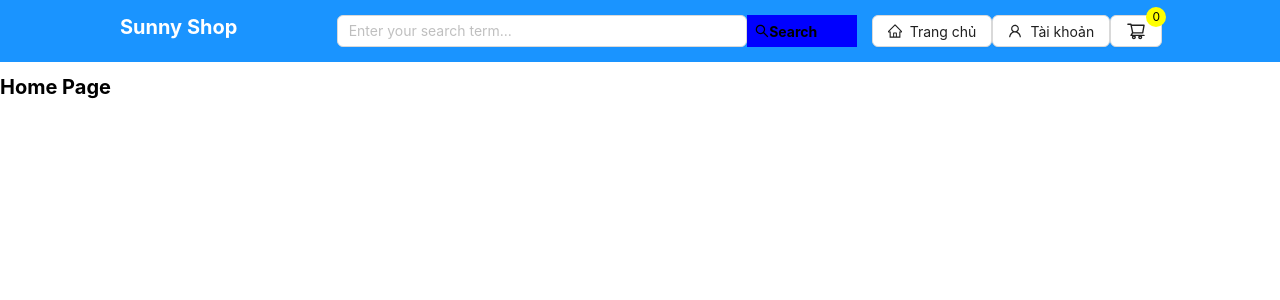
Repository: manhhieu120499/E-Commerce
Page: /
An editor plug-in stored every save of this project. The page is shown before and after the next save, followed by the edit.
The browser window is 1280 px wide. The pictures show the whole page.
The project was rebuilt for these pictures with package versions that can differ from the ones it lists, and the page was loaded fresh each time. Also part of the build but not shown: src/pages/product/Product.js, src/pages/order/Order.js, src/pages/notFound/NotFound.js, src/layouts/NormalLayout/NormalLayout.js.

Above is the page before, as saved 2025-01-01 12:16:09.

### src/index.js
import React from "react";
import ReactDOM from "react-dom/client";
import App from "./App";
import reportWebVitals from "./reportWebVitals";
import GlobalStyle from "./GlobalStyles";
import { Provider } from "react-redux";
import store from "./redux/store";

const root = ReactDOM.createRoot(document.getElementById("root"));
root.render(
  <React.StrictMode>
    <Provider store={store}>
      <GlobalStyle>
        <App />
      </GlobalStyle>
    </Provider>
  </React.StrictMode>
);

// If you want to start measuring performance in your app, pass a function
// to log results (for example: reportWebVitals(console.log))
// or send to an analytics endpoint. Learn more: https://bit.ly/CRA-vitals
reportWebVitals();

### src/App.js
import React from "react";
import { BrowserRouter as Router, Route, Routes } from "react-router-dom";
import { publicRoute } from "./route";
function App() {
  return (
    <div className="App">
      <Router>
        <Routes>
          {publicRoute.map((route) => {
            const Page = route.component;
            const Layout = route.layout;
            return (
              <Route
                key={route.path}
                path={route.path}
                element={
                  <Layout>
                    <Page />
                  </Layout>
                }
              />
            );
          })}
        </Routes>
      </Router>
    </div>
  );
}

export default App;

### src/redux/store.js
import { configureStore } from "@reduxjs/toolkit";
import productSlice from "./slices/productSlice";

const store = configureStore({
    reducer: {
        product: productSlice
    }
})

export default store;

### src/route/index.js
import { Home, Product, Order, NotFound } from "../pages";
import { DefaultLayout, NormalLayout } from "../layouts";

const publicRoute = [
  {
    path: "/",
    component: Home,
    layout: DefaultLayout,
  },
  {
    path: "/product",
    component: Product,
    layout: DefaultLayout,
  },
  {
    path: "/order",
    component: Order,
    layout: DefaultLayout,
  },
  {
    path: "*",
    component: NotFound,
    layout: NormalLayout,
  },
];

const privateRoute = [];

export { publicRoute, privateRoute };

### src/GlobalStyles/GlobalStyles.js
import "./css/GlobalStyles.css";
export default function GlobalStyle({ children }) {
    return (
        <div className="wrapper">
            { children }
        </div>
    )
}

### src/redux/slices/productSlice.js
import { createSlice } from "@reduxjs/toolkit";

// const initialState = {
//     products: [],
// }

// export const productSlice = createSlice({
//     name: 'productSlice',
//     initialState,
//     reducers:{
//         setProduct: (state, action) => {
//             return {...state}
//         }
//     }
// })

const initialState = {
    value: 0
}

const productSlice = createSlice({
    name: 'productSlice',
    initialState,
    reducers: {
        increase: (state, action) => {
            return {...state, value: state.value + 1}
        },
        decrease: (state, action) => {
            return {...state, value: state.value - 1}
        }
    }
})

export const { increase, decrease } = productSlice.actions;

export default productSlice.reducer;

### src/pages/index.js
import Home from "./home";
import Product from "./product";
import Order from "./order";
import NotFound from "./notFound";

export { Home, Product, Order, NotFound };

### src/layouts/index.js
import DefaultLayout from "./DefaultLayout";
import NormalLayout from "./NormalLayout";

export { DefaultLayout, NormalLayout };

### src/GlobalStyles/css/GlobalStyles.css
/* @import "antd/dist/antd.css"; */
body {
  margin: 0;
  font-family: -apple-system, BlinkMacSystemFont, 'Segoe UI', 'Roboto', 'Oxygen',
    'Ubuntu', 'Cantarell', 'Fira Sans', 'Droid Sans', 'Helvetica Neue',
    sans-serif;
  -webkit-font-smoothing: antialiased;
  -moz-osx-font-smoothing: grayscale;
  box-sizing: border-box;
  padding: 0;
}

html {
  font-size: 62.5%;
}

.wrapper {
  max-width: 100vw;
  margin: 0 auto;
}

### src/pages/product/index.js
export { default } from './Product'

### src/layouts/NormalLayout/index.js
export { default } from "./NormalLayout";

### src/pages/home/Home.js
export default function Home({children}) {
    return (
        <h1>Home Page</h1>
    )
}

### src/layouts/DefaultLayout/DefaultLayout.js
import { Header } from "../../components";

export default function DefaultLayout({ children }) {
  return (
    <div className="wrapper">
      <Header />
      {children}
    </div>
  );
}

### src/components/index.js
import Header from "./Header";
import ButtonInputSearch from "./ButtonInputSearch";
export { Header, ButtonInputSearch };

### src/components/ButtonInputSearch/index.js
export { default } from "./ButtonInputSearch";

### src/components/Header/Header.js
import { Button, Col, Input, Row } from "antd";
import {
  ShoppingCartText,
  WrapperRow,
  WrapperShoppingCart,
  WrapperShoppingCartText,
  WrapperSpan,
} from "./HeaderStyle";
import Search from "antd/es/transfer/search";
import {
  HomeOutlined,
  ShoppingCartOutlined,
  UserOutlined,
} from "@ant-design/icons";
import ButtonInputSearch from "../ButtonInputSearch";

export default function Header({ children }) {
  return (
    <div>
      <WrapperRow>
        <Col span={5}>
          <WrapperSpan>Sunny Shop</WrapperSpan>
        </Col>
        <Col span={12} style={{ display: "flex", alignItems: "center" }}>
          <Input placeholder="Enter your search term..." />
          <ButtonInputSearch />
        </Col>
        <Col
          span={7}
          style={{
            display: "flex",
            alignItems: "center",
            justifyContent: "space-around",
            padding: "0 15px",
          }}
        >
          <Button>
            <HomeOutlined />
            <span>Trang chủ</span>
          </Button>
          <Button>
            <UserOutlined />
            <span>Tài khoản</span>
          </Button>
          <Button>
            <WrapperShoppingCart>
              <ShoppingCartOutlined style={{ fontSize: 20 }} />
              <WrapperShoppingCartText>
                <ShoppingCartText>0</ShoppingCartText>
              </WrapperShoppingCartText>
            </WrapperShoppingCart>
          </Button>
        </Col>
      </WrapperRow>
    </div>
  );
}

### src/components/ButtonInputSearch/ButtonInputSearch.js
import { SearchOutlined } from "@ant-design/icons";
import {
  WrapperButtonInputSearch,
  ButtonTextSpan,
} from "./ButtonInputSearchStyle";
function ButtonInputSearch() {
  return (
    <WrapperButtonInputSearch>
      <SearchOutlined />
      <ButtonTextSpan>Search</ButtonTextSpan>
    </WrapperButtonInputSearch>
  );
}

export default ButtonInputSearch;

### src/components/Header/HeaderStyle.js
import { Row } from "antd";
import styled from "styled-components";

export const WrapperRow = styled(Row)`
  padding: 15px 120px;
  background-color: rgb(26, 148, 255);
`;

export const WrapperSpan = styled.span`
  font-size: 20px;
  font-weight: 700;
  color: white;
`;

export const WrapperShoppingCart = styled.div`
  position: relative;
  width: 100%;
`;

export const WrapperShoppingCartText = styled.div`
  position: absolute;
  top: -14px;
  right: -20px;
  width: 20px;
  height: 20px;
  border-radius: 50%;
  background-color: yellow;
`;

export const ShoppingCartText = styled.span`
  font-size: 12px;
  color: black;
  line-height: 20px;
`;

### src/components/ButtonInputSearch/ButtonInputSearchStyle.js
import styled from "styled-components";

export const WrapperButtonInputSearch = styled.div`
  width: 120px;
  height: 100%;
  padding: 0 8px;
  display: flex;
  align-items: center;
  justify-content: "space-around";
  background-color: blue;
`;

export const ButtonTextSpan = styled.span`
  font-size: 14px;
  color: "white";
  font-weight: bold;
`;

Loaded but not shown: public/index.html (common file); src/reportWebVitals.js (common file); src/GlobalStyles/index.js (common file); src/pages/home/index.js (common file); src/pages/order/index.js (common file); src/pages/notFound/index.js (common file); src/layouts/DefaultLayout/index.js (common file); src/components/Header/index.js (common file)

After the next save:
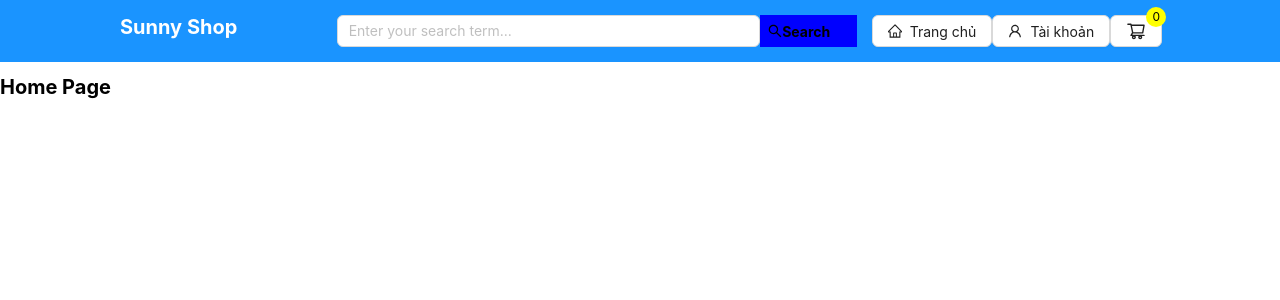
Saved 8 s later.
--- a/src/components/ButtonInputSearch/ButtonInputSearchStyle.js
+++ b/src/components/ButtonInputSearch/ButtonInputSearchStyle.js
@@ -1,7 +1,7 @@
 import styled from "styled-components";
 
 export const WrapperButtonInputSearch = styled.div`
-  width: 120px;
+  width: 100px;
   height: 100%;
   padding: 0 8px;
   display: flex;
